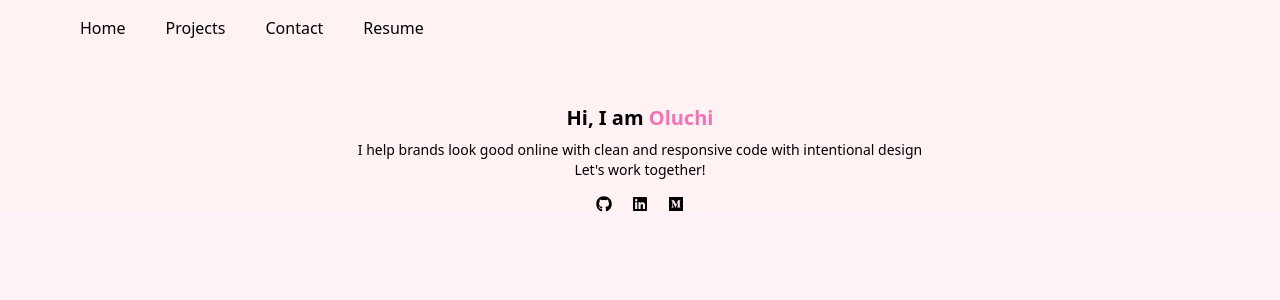
Repository: ooluchi/portfolio_
Page: / (app in my-react-app/)
The author's editor kept a copy of each file at every save. The page is drawn from the files as they stood at one save, then again after the next save.
The browser window is 1280 px wide. The pictures show the whole page.
The project was rebuilt for these pictures with package versions that can differ from the ones it lists, and the page was loaded fresh each time. Also part of the build but not shown: my-react-app/vite.config.ts.

Above is the page before, as saved 2025-11-20 18:11:43.

After the next save:
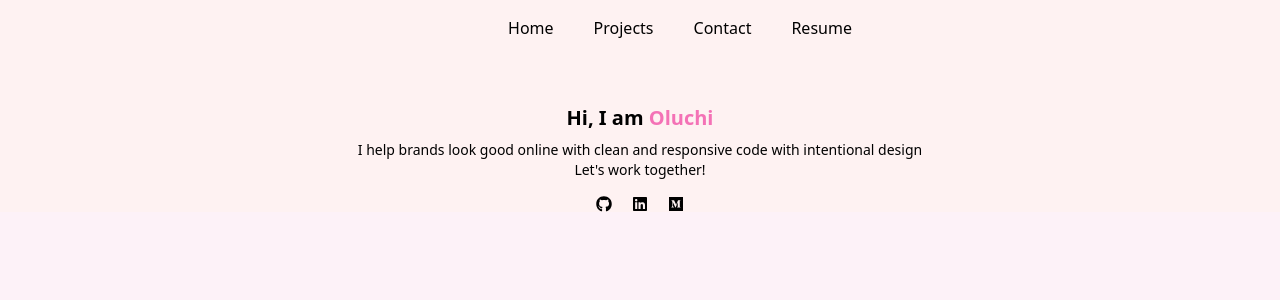
Saved 17 s later.
--- a/my-react-app/src/components/NavBar.tsx
+++ b/my-react-app/src/components/NavBar.tsx
@@ -17,7 +17,7 @@ export default function NavBar() {
 
           </div>
           <div className="">
-            <ul className={`flex flex-row ml-20 gap-10`}>
+            <ul className={`flex flex-row justify-center ml-20 gap-10`}>
               <li className=""><a href="#">Home</a></li>
               <li className=""><a href="#">Projects</a></li>
               <li className=""><a href="#">Contact</a></li>
